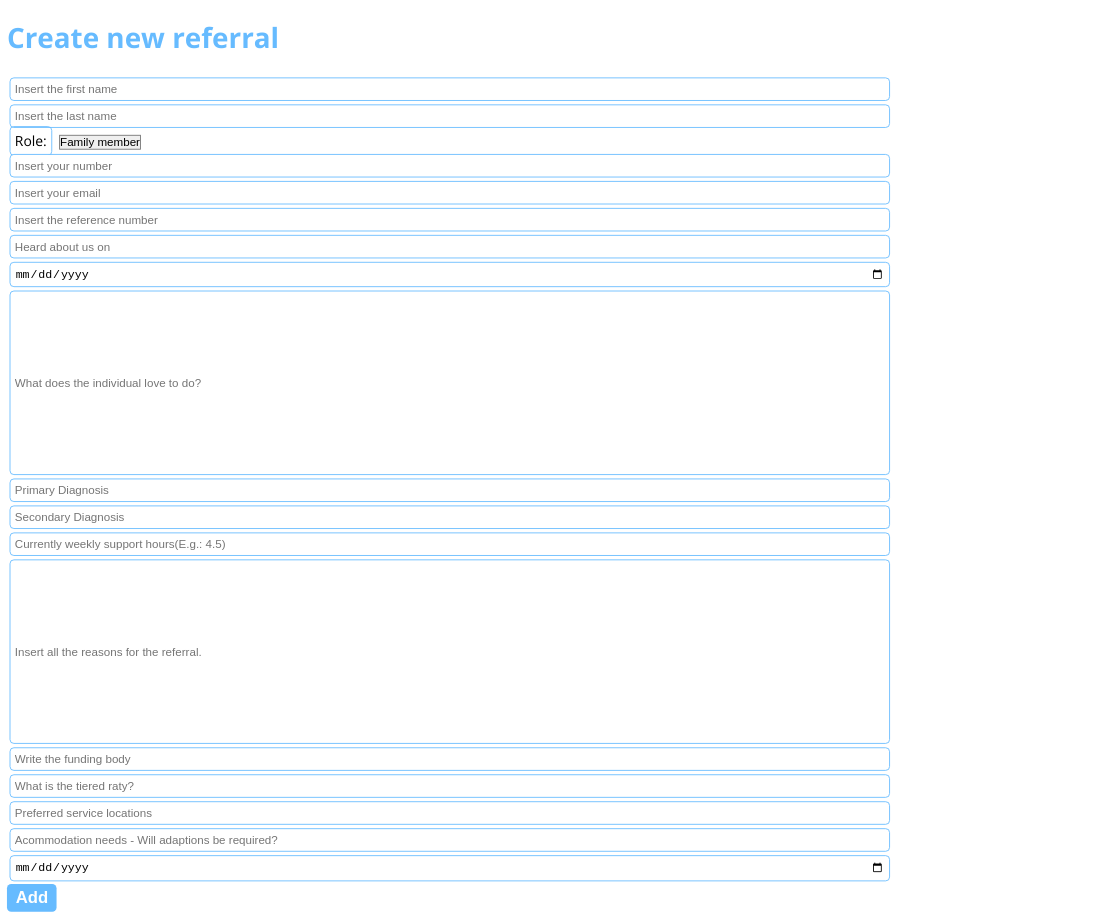
Repository: israelrodriguees/QAactivity
Page: http://localhost/referral/new_referral.jsp
The author's editor kept a copy of each file at every save. The page is drawn from the files as they stood at one save, then again after the next save.
The browser window is 1280 px wide. The pictures show the whole page, at 87% of full size.
The page is served by Tomcat 9.

Above is the page before, as saved 2021-08-16 16:44:00.

After the next save:
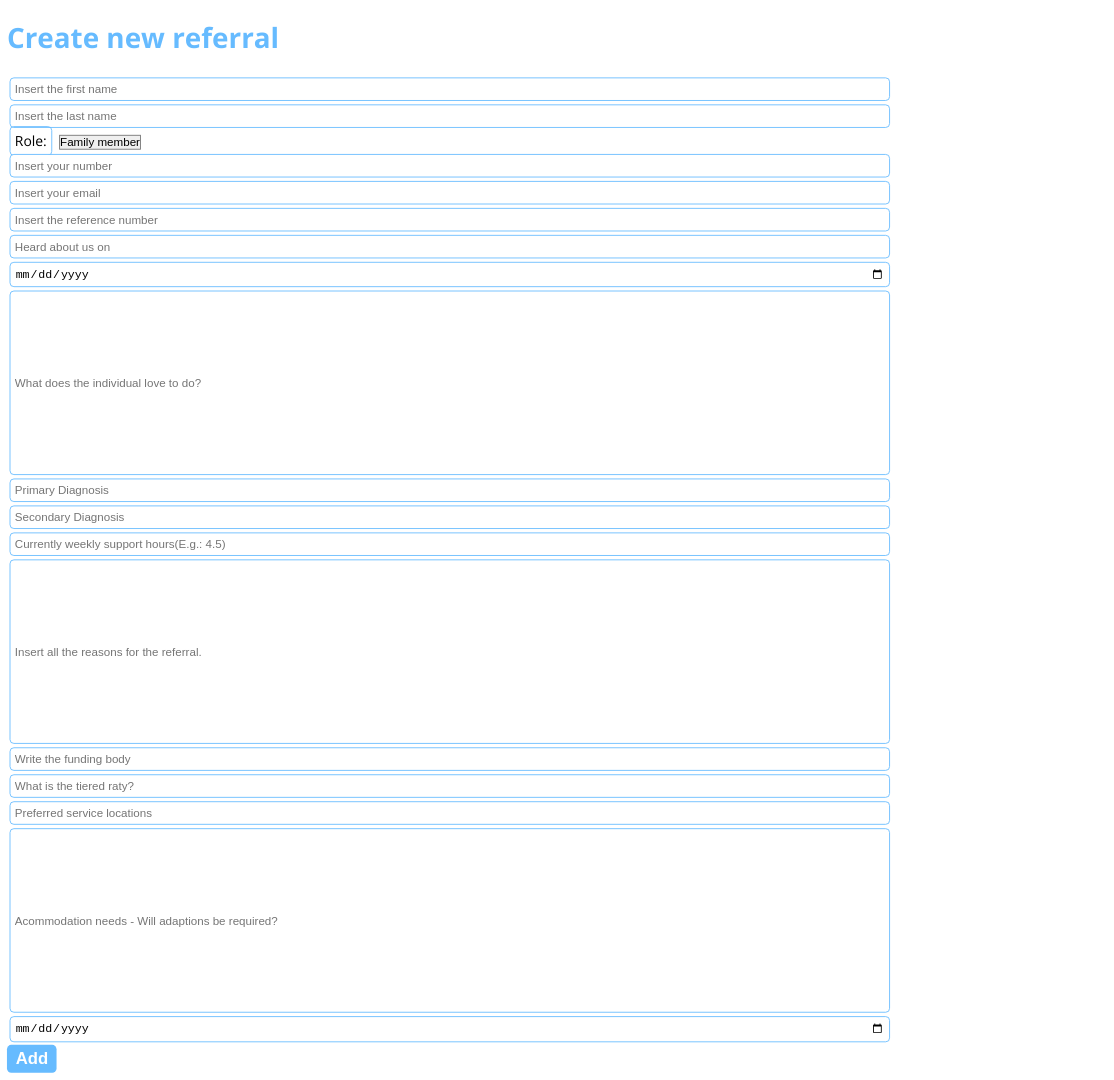
Saved 6 s later.
--- a/referral/src/main/webapp/new_referral.jsp
+++ b/referral/src/main/webapp/new_referral.jsp
@@ -96,7 +96,7 @@
 
 			<tr>
 				<td><input type="text" height="2000"  name="txt_acomneeds"
-					placeholder="Acommodation needs - Will adaptions be required?" class="Box1"></td>
+					placeholder="Acommodation needs - Will adaptions be required?" class="Box2"></td>
 			</tr>
 
 			<tr>
